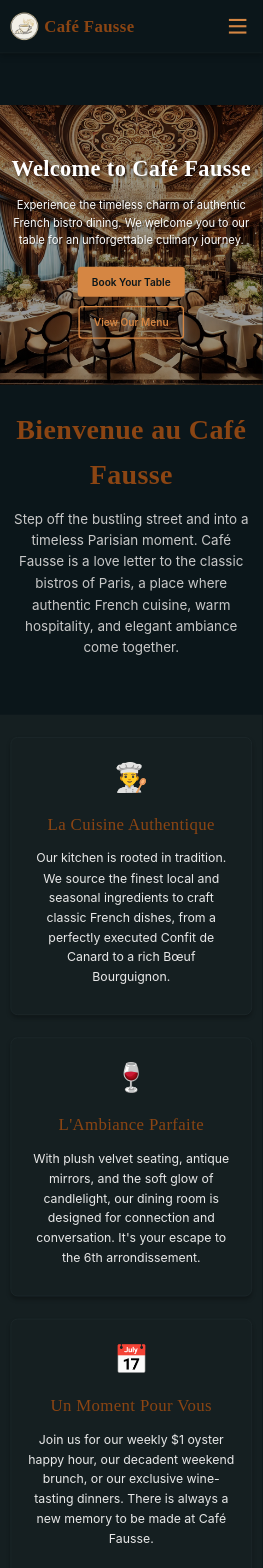
Repository: MatVanDenArt/MSSE-Cafe-Fausse
Page: / (app in frontend/)
The author's editor kept a copy of each file at every save. The page is drawn from the files as they stood at one save, then again after the next save.
The browser window is 375 px wide. The pictures show the part of the page from y = 0 to 2240 px (the page is 4212 px tall before and 4172 px after), at 70% of full size.
The page's requests for data from a server got no answer. The project was rebuilt for these pictures with package versions that can differ from the ones it lists, and the page was loaded fresh each time. No one was signed in, and anything a server would have sent is missing. Also part of the build but not shown: frontend/src/pages/Menu.css, frontend/src/pages/Menu.js, frontend/src/pages/Reservations.css, frontend/src/pages/Reservations.js, frontend/src/pages/About.css, frontend/src/pages/About.js, frontend/src/pages/Gallery.css, frontend/src/pages/Gallery.js.

Above is the page before, as saved 2025-10-26 15:42:24.

### frontend/src/App.js
import React from "react";
import { BrowserRouter as Router, Routes, Route } from "react-router-dom";
import "./App.css";

// Import components
import Header from "./components/Header";
import Footer from "./components/Footer";
import Home from "./pages/Home";
import Menu from "./pages/Menu";
import Reservations from "./pages/Reservations";
import About from "./pages/About";
import Gallery from "./pages/Gallery";

function App() {
  return (
    <Router>
      <div className="App">
        <Header />
        <main className="main-content">
          <Routes>
            <Route path="/" element={<Home />} />
            <Route path="/menu" element={<Menu />} />
            <Route path="/reservations" element={<Reservations />} />
            <Route path="/about" element={<About />} />
            <Route path="/gallery" element={<Gallery />} />
          </Routes>
        </main>
        <Footer />
      </div>
    </Router>
  );
}

export default App;

### frontend/src/App.css
/* Global Styles */
* {
  margin: 0;
  padding: 0;
  box-sizing: border-box;
}

@import url("https://fonts.googleapis.com/css2?family=Dancing+Script:wght@400;500;600;700&family=Cormorant+Garamond:ital,wght@0,300;0,400;0,500;0,600;0,700;1,300;1,400;1,500;1,600&family=Inter:wght@300;400;500;600&family=Source+Sans+Pro:ital,wght@0,300;0,400;0,600;1,300;1,400&display=swap");

body {
  font-family: "Inter", "Source Sans Pro", "Helvetica Neue", "Arial", sans-serif;
  line-height: 1.6;
  color: #e8e8e8;
  background-color: #0b161a;
  font-weight: 400;
  padding-top: 70px; /* Account for fixed header */
}

.App {
  min-height: 100vh;
  display: flex;
  flex-direction: column;
}

.main-content {
  flex: 1;
  padding-top: 80px; /* Account for fixed header */
}

/* Typography */
h1,
h2,
h3,
h4,
h5,
h6 {
  font-family: "Cormorant Garamond", "EB Garamond", "Georgia", "Times New Roman",
    serif;
  font-weight: 500;
  margin-bottom: 1rem;
  letter-spacing: 0.5px;
}

h1 {
  font-size: 2.5rem;
  color: #8b4513;
  font-family: "Dancing Script", "Cormorant Garamond", serif;
  font-weight: 600;
}

h2 {
  font-size: 2rem;
  color: #8b4513;
  font-family: "Dancing Script", "Cormorant Garamond", serif;
  font-weight: 600;
}

h3 {
  font-size: 1.5rem;
  color: #8b4513;
  font-family: "Dancing Script", "Cormorant Garamond", serif;
  font-weight: 500;
}

p {
  margin-bottom: 1rem;
  font-size: 1.1rem;
  font-family: "Inter", "Source Sans Pro", "Helvetica Neue", "Arial", sans-serif;
}

/* Container */
.container {
  max-width: 1200px;
  margin: 0 auto;
  padding: 0 20px;
}

/* Grid System */
.grid {
  display: grid;
  gap: 2rem;
}

.grid-2 {
  grid-template-columns: repeat(auto-fit, minmax(300px, 1fr));
}

.grid-3 {
  grid-template-columns: repeat(auto-fit, minmax(250px, 1fr));
}

.grid-4 {
  grid-template-columns: repeat(auto-fit, minmax(200px, 1fr));
}

/* Flexbox Utilities */
.flex {
  display: flex;
}

.flex-center {
  display: flex;
  justify-content: center;
  align-items: center;
}

.flex-between {
  display: flex;
  justify-content: space-between;
  align-items: center;
}

.flex-column {
  display: flex;
  flex-direction: column;
}

/* Buttons */
.btn {
  display: inline-block;
  padding: 12px 24px;
  background-color: #d58643;
  color: #0b161a;
  text-decoration: none;
  border: none;
  border-radius: 5px;
  font-size: 1rem;
  font-weight: 600;
  cursor: pointer;
  transition: all 0.3s ease;
  text-align: center;
}

.btn:hover {
  background-color: #c0763a;
  transform: translateY(-2px);
  box-shadow: 0 4px 12px rgba(213, 134, 67, 0.4);
}

.btn-secondary {
  background-color: transparent;
  color: #d58643;
  border: 2px solid #d58643;
}

.btn-secondary:hover {
  background-color: #d58643;
  color: #0b161a;
}

.btn-large {
  padding: 16px 32px;
  font-size: 1.1rem;
}

/* Forms */
.form-group {
  margin-bottom: 1.5rem;
}

.form-label {
  display: block;
  margin-bottom: 0.5rem;
  font-weight: 600;
  color: #d58643;
}

.form-input,
.form-select,
.form-textarea {
  width: 100%;
  padding: 12px;
  border: 2px solid #151f21;
  border-radius: 5px;
  font-size: 1rem;
  transition: border-color 0.3s ease;
  background-color: #151f21;
  color: #e8e8e8;
}

.form-input:focus,
.form-select:focus,
.form-textarea:focus {
  outline: none;
  border-color: #d58643;
  box-shadow: 0 0 0 3px rgba(213, 134, 67, 0.1);
}

.form-textarea {
  resize: vertical;
  min-height: 100px;
}

/* Cards */
.card {
  background: #151f21;
  border-radius: 10px;
  box-shadow: 0 4px 6px rgba(0, 0, 0, 0.3);
  overflow: hidden;
  transition: transform 0.3s ease;
  border: 1px solid #1f2a2d;
}

.card:hover {
  transform: translateY(-5px);
}

.card-body {
  padding: 1.5rem;
}

.card-title {
  font-size: 1.25rem;
  margin-bottom: 0.5rem;
  color: #8b4513;
  font-family: "Dancing Script", "Cormorant Garamond", serif;
  font-weight: 500;
}

.card-text {
  color: #c8c8c8;
  margin-bottom: 1rem;
}

/* Images */
.img-responsive {
  width: 100%;
  height: auto;
  display: block;
}

.img-rounded {
  border-radius: 10px;
}

/* Sections */
.section {
  padding: 4rem 0;
}

.section-dark {
  background-color: #0b161a;
  color: white;
}

.section-light {
  background-color: #151f21;
}

.section-title {
  text-align: center;
  margin-bottom: 3rem;
}

.section-title h2 {
  font-size: 2.5rem;
  margin-bottom: 1rem;
}

.section-title p {
  font-size: 1.2rem;
  color: #c8c8c8;
  max-width: 600px;
  margin: 0 auto;
}

/* Hero Section - Moved to Home.css */

.hero-content h1 {
  font-size: 3.5rem;
  margin-bottom: 1rem;
  color: white;
}

.hero-content p {
  font-size: 1.3rem;
  margin-bottom: 2rem;
  max-width: 600px;
}

.hero-buttons {
  display: flex;
  gap: 1rem;
  justify-content: center;
  flex-wrap: wrap;
}

/* Navigation styles are in Header.css */

/* Footer */
.footer {
  background-color: #333;
  color: white;
  padding: 3rem 0 1rem;
}

.footer-content {
  display: grid;
  grid-template-columns: repeat(auto-fit, minmax(250px, 1fr));
  gap: 2rem;
  margin-bottom: 2rem;
}

.footer-section h3 {
  color: #8b4513;
  margin-bottom: 1rem;
}

.footer-bottom {
  text-align: center;
  padding-top: 2rem;
  border-top: 1px solid #555;
  color: #ccc;
}

/* Responsive Design */
@media (max-width: 768px) {
  .container {
    padding: 0 15px;
  }

  .hero-content h1 {
    font-size: 2.5rem;
  }

  .hero-content p {
    font-size: 1.1rem;
  }

  .hero-buttons {
    flex-direction: column;
    align-items: center;
  }

  /* Navigation responsive styles are in Header.css */

  .grid-2,
  .grid-3,
  .grid-4 {
    grid-template-columns: 1fr;
  }

  h1 {
    font-size: 2rem;
  }

  h2 {
    font-size: 1.5rem;
  }
}

@media (max-width: 480px) {
  .hero-content h1 {
    font-size: 2rem;
  }

  .section {
    padding: 2rem 0;
  }

  .btn {
    padding: 10px 20px;
    font-size: 0.9rem;
  }
}

/* Utility Classes */
.text-center {
  text-align: center;
}

.text-left {
  text-align: left;
}

.text-right {
  text-align: right;
}

.mb-1 {
  margin-bottom: 0.5rem;
}
.mb-2 {
  margin-bottom: 1rem;
}
.mb-3 {
  margin-bottom: 1.5rem;
}
.mb-4 {
  margin-bottom: 2rem;
}

.mt-1 {
  margin-top: 0.5rem;
}
.mt-2 {
  margin-top: 1rem;
}
.mt-3 {
  margin-top: 1.5rem;
}
.mt-4 {
  margin-top: 2rem;
}

.p-1 {
  padding: 0.5rem;
}
.p-2 {
  padding: 1rem;
}
.p-3 {
  padding: 1.5rem;
}
.p-4 {
  padding: 2rem;
}

.hidden {
  display: none;
}

.visible {
  display: block;
}

### frontend/src/components/Header.js
import React, { useState, useEffect } from "react";
import { Link, useLocation } from "react-router-dom";
import "./Header.css";

const Header = () => {
  const [isMenuOpen, setIsMenuOpen] = useState(false);
  const location = useLocation();

  const toggleMenu = () => {
    setIsMenuOpen(!isMenuOpen);
  };

  const closeMenu = () => {
    setIsMenuOpen(false);
  };

  // Close menu when route changes
  useEffect(() => {
    closeMenu();
  }, [location]);

  // Close menu when clicking outside and prevent body scroll
  useEffect(() => {
    const handleClickOutside = (event) => {
      if (isMenuOpen && !event.target.closest(".nav")) {
        closeMenu();
      }
    };

    if (isMenuOpen) {
      document.addEventListener("click", handleClickOutside);
      document.body.style.overflow = "hidden"; // Prevent body scroll
    } else {
      document.body.style.overflow = "unset"; // Restore body scroll
    }

    return () => {
      document.removeEventListener("click", handleClickOutside);
      document.body.style.overflow = "unset"; // Cleanup
    };
  }, [isMenuOpen]);

  const isActive = (path) => {
    return location.pathname === path ? "active" : "";
  };

  return (
    <nav className="nav">
      <div className="container">
        <div className="nav-container">
          <Link to="/" className="nav-logo" onClick={closeMenu}>
            <img
              src="/images/Logo - Cafe Fausse.png"
              alt="Café Fausse Logo"
              className="nav-logo-img"
            />
            <span className="nav-logo-text">Café Fausse</span>
          </Link>

          <div className={`nav-menu ${isMenuOpen ? "nav-menu-open" : ""}`}>
            <Link
              to="/"
              className={`nav-link ${isActive("/")}`}
              onClick={closeMenu}
            >
              Home
            </Link>
            <Link
              to="/menu"
              className={`nav-link ${isActive("/menu")}`}
              onClick={closeMenu}
            >
              Menu
            </Link>
            <Link
              to="/reservations"
              className={`nav-link ${isActive("/reservations")}`}
              onClick={closeMenu}
            >
              Reservations
            </Link>
            <Link
              to="/about"
              className={`nav-link ${isActive("/about")}`}
              onClick={closeMenu}
            >
              About Us
            </Link>
            <Link
              to="/gallery"
              className={`nav-link ${isActive("/gallery")}`}
              onClick={closeMenu}
            >
              Gallery
            </Link>
          </div>

          <button
            className={`nav-toggle ${isMenuOpen ? "open" : ""}`}
            onClick={toggleMenu}
            aria-label="Toggle navigation menu"
          >
            <span className="nav-toggle-line"></span>
            <span className="nav-toggle-line"></span>
            <span className="nav-toggle-line"></span>
          </button>
        </div>
      </div>
    </nav>
  );
};

export default Header;

### frontend/src/components/Footer.js
import React, { useState } from "react";
import "./Footer.css";

const Footer = () => {
  const [email, setEmail] = useState("");
  const [isSubscribed, setIsSubscribed] = useState(false);
  const [isLoading, setIsLoading] = useState(false);

  const handleNewsletterSubmit = async (e) => {
    e.preventDefault();
    if (!email) return;

    setIsLoading(true);
    try {
      const response = await fetch("http://localhost:5000/api/newsletter", {
        method: "POST",
        headers: {
          "Content-Type": "application/json",
        },
        body: JSON.stringify({ email }),
      });

      if (response.ok) {
        setIsSubscribed(true);
        setEmail("");
      } else {
        const error = await response.json();
        console.error("Newsletter signup error:", error);
      }
    } catch (error) {
      console.error("Newsletter signup error:", error);
    } finally {
      setIsLoading(false);
    }
  };

  return (
    <footer className="footer">
      <div className="container">
        <div className="footer-content">
          <div className="footer-section">
            <h3>Café Fausse</h3>
            <p>
              Experience the timeless charm of authentic French bistro dining.
              We welcome you to our table for an unforgettable culinary journey.
            </p>
          </div>

          <div className="footer-section">
            <h3>Contact Info</h3>
            <p>
              <strong>Address:</strong><br />
              1234 Culinary Ave, Suite 100<br />
              Washington, DC 20002
            </p>
            <p>
              <strong>Phone:</strong><br />
              (202) 555-4567
            </p>
          </div>

          <div className="footer-section">
            <h3>Hours</h3>
            <p>
              <strong>Monday – Saturday:</strong><br />
              5:00 PM – 11:00 PM
            </p>
            <p>
              <strong>Sunday:</strong><br />
              5:00 PM – 9:00 PM
            </p>
          </div>

          <div className="footer-section">
            <h3>Newsletter</h3>
            <p>Subscribe to our newsletter for updates and special offers.</p>
            {isSubscribed ? (
              <div className="newsletter-success">
                <p>Thank you for subscribing!</p>
              </div>
            ) : (
              <form onSubmit={handleNewsletterSubmit} className="newsletter-form">
                <input
                  type="email"
                  placeholder="Enter your email"
                  value={email}
                  onChange={(e) => setEmail(e.target.value)}
                  required
                  className="newsletter-input"
                />
                <button
                  type="submit"
                  disabled={isLoading}
                  className="btn btn-secondary newsletter-btn"
                >
                  {isLoading ? "Subscribing..." : "Subscribe"}
                </button>
              </form>
            )}
          </div>
        </div>

        <div className="footer-bottom">
          <p>&copy; 2024 Café Fausse. All rights reserved.</p>
        </div>
      </div>
    </footer>
  );
};

export default Footer;

### frontend/src/pages/Home.js
import React, { useState, useEffect } from "react";
import { Link } from "react-router-dom";
import "./Home.css";

const Home = () => {
  const [restaurantInfo, setRestaurantInfo] = useState(null);

  useEffect(() => {
    // Fetch restaurant info from API
    const fetchRestaurantInfo = async () => {
      try {
        const response = await fetch(
          "http://localhost:5000/api/restaurant-info"
        );
        if (response.ok) {
          const data = await response.json();
          setRestaurantInfo(data);
        }
      } catch (error) {
        console.error("Error fetching restaurant info:", error);
        // Fallback data
        setRestaurantInfo({
          name: "Café Fausse",
          address: "1234 Culinary Ave, Suite 100, Washington, DC 20002",
          phone: "(202) 555-4567",
          hours: {
            monday_saturday: "5:00 PM – 11:00 PM",
            sunday: "5:00 PM – 9:00 PM",
          },
        });
      }
    };

    fetchRestaurantInfo();
  }, []);

  return (
    <div className="home">
      {/* Hero Section */}
      <section
        className="hero"
        style={{
          backgroundImage:
            "linear-gradient(rgba(0, 0, 0, 0.4), rgba(0, 0, 0, 0.4)), url('/images/Home - Cafe Fausse.webp')",
          backgroundSize: "cover",
          backgroundPosition: "center",
          backgroundRepeat: "no-repeat",
        }}
      >
        <div className="hero-content">
          <h1>Welcome to Café Fausse</h1>
          <p>
            Experience the timeless charm of authentic French bistro dining. We
            welcome you to our table for an unforgettable culinary journey.
          </p>
          <div className="hero-buttons">
            <Link to="/reservations" className="btn btn-large">
              Book Your Table
            </Link>
            <Link to="/menu" className="btn btn-secondary btn-large">
              View Our Menu
            </Link>
          </div>
        </div>
      </section>

      {/* Welcome Section */}
      <section className="section">
        <div className="container">
          <div className="section-title">
            <h2>Bienvenue au Café Fausse</h2>
            <p>
              Step off the bustling street and into a timeless Parisian moment.
              Café Fausse is a love letter to the classic bistros of Paris, a
              place where authentic French cuisine, warm hospitality, and
              elegant ambiance come together.
            </p>
          </div>
        </div>
      </section>

      {/* Featured Pillars Section */}
      <section className="section section-light">
        <div className="container">
          <div className="grid grid-3">
            <div className="card">
              <div className="card-body text-center">
                <div className="pillar-icon">👨‍🍳</div>
                <h3>La Cuisine Authentique</h3>
                <p>
                  Our kitchen is rooted in tradition. We source the finest local
                  and seasonal ingredients to craft classic French dishes, from
                  a perfectly executed Confit de Canard to a rich Bœuf
                  Bourguignon.
                </p>
              </div>
            </div>

            <div className="card">
              <div className="card-body text-center">
                <div className="pillar-icon">🍷</div>
                <h3>L'Ambiance Parfaite</h3>
                <p>
                  With plush velvet seating, antique mirrors, and the soft glow
                  of candlelight, our dining room is designed for connection and
                  conversation. It's your escape to the 6th arrondissement.
                </p>
              </div>
            </div>

            <div className="card">
              <div className="card-body text-center">
                <div className="pillar-icon">📅</div>
                <h3>Un Moment Pour Vous</h3>
                <p>
                  Join us for our weekly $1 oyster happy hour, our decadent
                  weekend brunch, or our exclusive wine-tasting dinners. There
                  is always a new memory to be made at Café Fausse.
                </p>
              </div>
            </div>
          </div>
        </div>
      </section>

      {/* Social Proof Section */}
      <section className="section">
        <div className="container">
          <div className="testimonial">
            <blockquote>
              "An absolute gem. It felt like I was back in Paris. The French
              Onion Soup is a must-try. We will be back, again and again."
            </blockquote>
            <cite>- Jacqueline Richardson</cite>
          </div>
        </div>
      </section>

      {/* Final CTA Section */}
      <section className="section section-dark">
        <div className="container text-center">
          <h2>Your Table is Waiting</h2>
          <p>
            Join us for an unforgettable evening. We recommend making a
            reservation, especially for weekend dining.
          </p>
          <Link to="/reservations" className="btn btn-large">
            Make a Reservation
          </Link>
        </div>
      </section>

      {/* Contact Info Section */}
      {restaurantInfo && (
        <section className="section">
          <div className="container">
            <div className="contact-info">
              <div className="grid grid-2">
                <div>
                  <h3>Visit Us</h3>
                  <p>{restaurantInfo.address}</p>
                  <p>Phone: {restaurantInfo.phone}</p>
                </div>
                <div>
                  <h3>Hours</h3>
                  <p>
                    Monday – Saturday: {restaurantInfo.hours.monday_saturday}
                  </p>
                  <p>Sunday: {restaurantInfo.hours.sunday}</p>
                </div>
              </div>
            </div>
          </div>
        </section>
      )}
    </div>
  );
};

export default Home;

### frontend/src/components/Header.css
.nav {
  background-color: #0b161a;
  box-shadow: 0 2px 10px rgba(0, 0, 0, 0.3);
  position: fixed;
  top: 0;
  left: 0;
  right: 0;
  z-index: 1000;
  border-bottom: 1px solid #151f21;
}

.nav-container {
  display: flex;
  justify-content: space-between;
  align-items: center;
  padding: 1rem 0;
}

.nav-logo {
  display: flex;
  align-items: center;
  gap: 0.5rem;
  text-decoration: none;
  font-family: "Cormorant Garamond", "EB Garamond", "Georgia", "Times New Roman",
    serif;
  font-weight: 500;
  letter-spacing: 0.5px;
}

.nav-logo-img {
  height: 40px;
  width: auto;
}

.nav-logo-text {
  font-size: 1.5rem;
  font-weight: bold;
  color: #8b4513;
  font-family: "Dancing Script", "Cormorant Garamond", serif;
}

.nav-logo:hover .nav-logo-text {
  color: #d58643;
}

.nav-menu {
  display: flex;
  list-style: none;
  gap: 2rem;
  margin: 0;
  padding: 0;
}

.nav-link {
  color: #e8e8e8;
  text-decoration: none;
  font-weight: 500;
  transition: color 0.3s ease;
  padding: 0.5rem 0;
  position: relative;
}

.nav-link:hover,
.nav-link.active {
  color: #d58643;
}

.nav-link.active::after {
  content: "";
  position: absolute;
  bottom: 0;
  left: 0;
  right: 0;
  height: 2px;
  background-color: #d58643;
}

.nav-toggle {
  display: none;
  flex-direction: column;
  background: none;
  border: none;
  cursor: pointer;
  padding: 0.5rem;
}

.nav-toggle-line {
  width: 25px;
  height: 3px;
  background-color: #d58643;
  margin: 3px 0;
  transition: 0.3s;
}

/* Mobile Navigation */
@media (max-width: 768px) {
  .nav-toggle {
    display: flex;
  }

  .nav-menu {
    position: fixed;
    top: 70px;
    left: 0;
    right: 0;
    background-color: #0b161a;
    flex-direction: column;
    padding: 2rem;
    box-shadow: 0 2px 10px rgba(0, 0, 0, 0.3);
    transform: translateY(-100%);
    opacity: 0;
    visibility: hidden;
    transition: all 0.3s ease;
    z-index: 999;
    border-top: 1px solid #151f21;
  }

  .nav-menu-open {
    transform: translateY(0);
    opacity: 1;
    visibility: visible;
  }

  .nav-link {
    padding: 1rem 0;
    border-bottom: 1px solid #151f21;
    text-align: center;
    color: #e8e8e8;
  }

  .nav-link:last-child {
    border-bottom: none;
  }

  .nav-link:hover,
  .nav-link.active {
    color: #d58643;
  }

  .nav-toggle.open .nav-toggle-line:nth-child(1) {
    transform: rotate(45deg) translate(5px, 5px);
  }

  .nav-toggle.open .nav-toggle-line:nth-child(2) {
    opacity: 0;
  }

  .nav-toggle.open .nav-toggle-line:nth-child(3) {
    transform: rotate(-45deg) translate(7px, -6px);
  }
}

### frontend/src/components/Footer.css
.footer {
  background-color: #0b161a;
  color: #e8e8e8;
  padding: 3rem 0 1rem;
  margin-top: auto;
  border-top: 1px solid #151f21;
}

.footer-content {
  display: grid;
  grid-template-columns: repeat(auto-fit, minmax(250px, 1fr));
  gap: 2rem;
  margin-bottom: 2rem;
}

.footer-section h3 {
  color: #8b4513;
  margin-bottom: 1rem;
  font-size: 1.2rem;
  font-family: "Dancing Script", "Cormorant Garamond", "EB Garamond", "Georgia",
    "Times New Roman", serif;
  font-weight: 500;
  letter-spacing: 0.5px;
}

.footer-section p {
  margin-bottom: 0.5rem;
  line-height: 1.6;
  color: #c8c8c8;
}

.footer-section strong {
  color: #d58643;
}

.newsletter-form {
  display: flex;
  flex-direction: column;
  gap: 0.5rem;
  margin-top: 1rem;
}

.newsletter-input {
  padding: 0.75rem;
  border: 1px solid #151f21;
  border-radius: 5px;
  background-color: #151f21;
  color: #e8e8e8;
  font-size: 0.9rem;
}

.newsletter-input::placeholder {
  color: #ccc;
}

.newsletter-input:focus {
  outline: none;
  border-color: #d58643;
}

.newsletter-btn {
  padding: 0.75rem;
  font-size: 0.9rem;
  border: 2px solid #d58643;
  background-color: transparent;
  color: #d58643;
}

.newsletter-btn:hover {
  background-color: #d58643;
  color: #0b161a;
}

.newsletter-btn:disabled {
  opacity: 0.6;
  cursor: not-allowed;
}

.newsletter-success {
  background-color: #4caf50;
  padding: 1rem;
  border-radius: 5px;
  text-align: center;
  margin-top: 1rem;
}

.newsletter-success p {
  margin: 0;
  color: white;
  font-weight: 600;
}

.footer-bottom {
  text-align: center;
  padding-top: 2rem;
  border-top: 1px solid #151f21;
  color: #a8a8a8;
}

.footer-bottom p {
  margin: 0;
  font-size: 0.9rem;
}

@media (max-width: 768px) {
  .footer {
    padding: 2rem 0 1rem;
  }

  .footer-content {
    grid-template-columns: 1fr;
    gap: 1.5rem;
  }

  .newsletter-form {
    flex-direction: column;
  }
}

### frontend/src/pages/Home.css
.home {
  min-height: 100vh;
}

.hero {
  min-height: 60vh;
  max-height: 80vh;
  display: flex;
  align-items: center;
  justify-content: center;
  text-align: center;
  color: white;
  position: relative;
  padding: 4rem 0;
}

.hero-content h1 {
  font-size: 3rem;
  margin-bottom: 1rem;
  color: white;
  text-shadow: 2px 2px 4px rgba(0, 0, 0, 0.5);
  font-family: "Dancing Script", "Cormorant Garamond", serif;
  font-weight: 600;
}

.hero-content p {
  font-size: 1.2rem;
  margin-bottom: 2rem;
  max-width: 600px;
  text-shadow: 1px 1px 2px rgba(0, 0, 0, 0.5);
  line-height: 1.6;
}

.hero-buttons {
  display: flex;
  gap: 1rem;
  justify-content: center;
  flex-wrap: wrap;
}

.pillar-icon {
  font-size: 3rem;
  margin-bottom: 1rem;
}

.testimonial {
  text-align: center;
  max-width: 800px;
  margin: 0 auto;
  padding: 2rem;
  background: #151f21;
  border-radius: 10px;
  box-shadow: 0 4px 6px rgba(0, 0, 0, 0.3);
  border: 1px solid #1f2a2d;
}

.testimonial blockquote {
  font-size: 1.3rem;
  font-style: italic;
  margin-bottom: 1rem;
  color: #e8e8e8;
  line-height: 1.6;
}

.testimonial cite {
  font-size: 1rem;
  color: #8b4513;
  font-weight: 600;
}

.contact-info {
  background: #151f21;
  padding: 2rem;
  border-radius: 10px;
  box-shadow: 0 4px 6px rgba(0, 0, 0, 0.3);
  border: 1px solid #1f2a2d;
}

.contact-info h3 {
  color: #8b4513;
  margin-bottom: 1rem;
}

.contact-info p {
  margin-bottom: 0.5rem;
  color: #c8c8c8;
}

@media (max-width: 768px) {
  .hero {
    min-height: 50vh;
    max-height: 60vh;
    padding: 2rem 0;
  }

  .hero-content h1 {
    font-size: 2.2rem;
    margin-bottom: 0.8rem;
  }

  .hero-content p {
    font-size: 1rem;
    margin-bottom: 1.5rem;
    padding: 0 1rem;
  }

  .hero-buttons {
    flex-direction: column;
    align-items: center;
    gap: 0.8rem;
  }

  .pillar-icon {
    font-size: 2.5rem;
  }

  .testimonial {
    padding: 1.5rem;
  }

  .testimonial blockquote {
    font-size: 1.1rem;
  }

  .contact-info {
    padding: 1.5rem;
  }
}

@media (max-width: 480px) {
  .hero-content h1 {
    font-size: 2rem;
  }

  .hero-content p {
    font-size: 1rem;
  }

  .testimonial {
    padding: 1rem;
  }

  .testimonial blockquote {
    font-size: 1rem;
  }
}

Loaded but not shown: frontend/public/index.html (common file); frontend/src/index.js (common file); frontend/src/index.css (common file); frontend/src/reportWebVitals.js (common file)

After the next save:
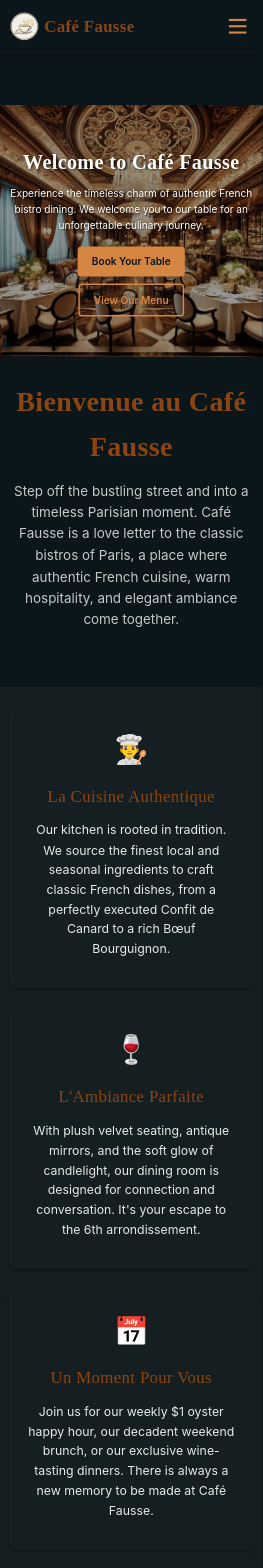
Saved 9 s later.
--- a/frontend/src/pages/Home.css
+++ b/frontend/src/pages/Home.css
@@ -128,12 +128,25 @@
 }
 
 @media (max-width: 480px) {
+  .hero {
+    min-height: 45vh;
+    max-height: 55vh;
+    padding: 1.5rem 0;
+  }
+
   .hero-content h1 {
-    font-size: 2rem;
+    font-size: 1.8rem;
+    margin-bottom: 0.6rem;
   }
 
   .hero-content p {
-    font-size: 1rem;
+    font-size: 0.9rem;
+    margin-bottom: 1.2rem;
+    padding: 0 0.5rem;
+  }
+
+  .hero-buttons {
+    gap: 0.6rem;
   }
 
   .testimonial {
